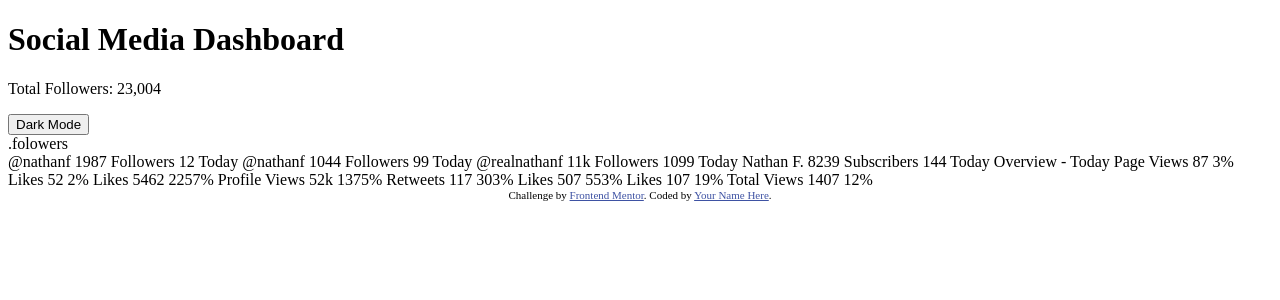
Repository: mamulini/social-media-dashboard-with-theme-switcher-master
Page: index.html
The author's editor kept a copy of each file at every save. The page is drawn from the files as they stood at one save, then again after the next save.
The browser window is 1280 px wide. The pictures show the whole page.

Above is the page before, as saved 2020-04-05 23:16:22.

After the next save:
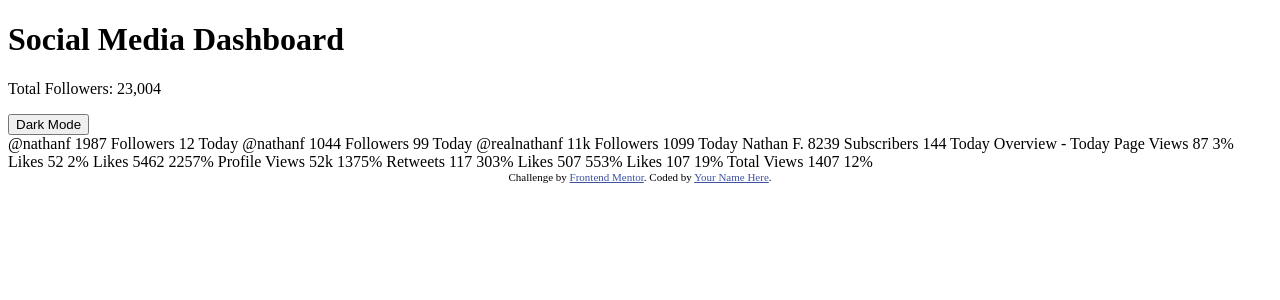
Saved 54 s later.
--- a/index.html
+++ b/index.html
@@ -16,7 +16,20 @@
       </div>
       <button class="theme" type="button">Dark Mode</button>
     </header>
-    .folowers
+    <div class="followers">
+      <div class="folowers__blocks">
+
+      </div>
+      <div class="folowers__blocks">
+
+      </div>
+      <div class="folowers__blocks">
+
+      </div>
+      <div class="folowers__blocks">
+
+      </div>
+    </div>
   </main>
 
 
